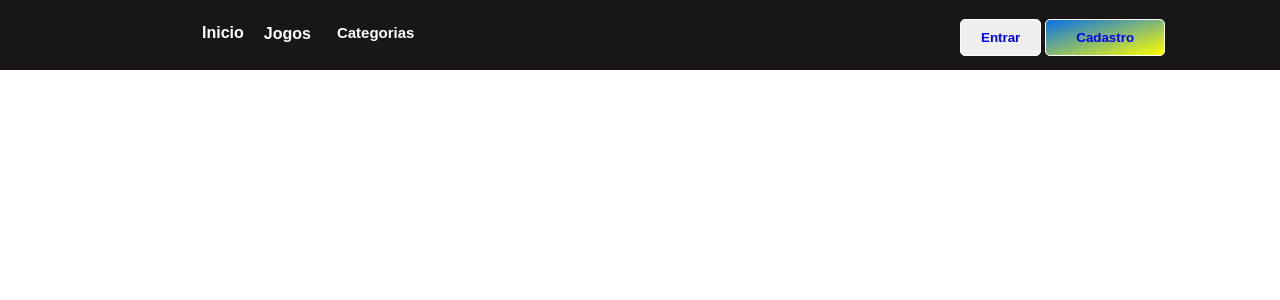
Repository: MarcoantonioCaldeira/Projeto-Go-Gamming
Page: /
An editor plug-in stored every save of this project. The page is shown before and after the next save, followed by the edit.
The browser window is 1280 px wide. The pictures show the whole page.
The project was rebuilt for these pictures with package versions that can differ from the ones it lists, and the page was loaded fresh each time. Also part of the build but not shown: src/pages/Inicio/estilo.css, src/pages/rodape/rodape.js, src/pages/Inicio/Inicio.js, src/pages/Jogos/Jogos.js, src/pages/Categorias/Acao.js, src/pages/Categorias/Aventura.js, src/pages/Categorias/Arcades.js, src/pages/Categorias/Familia.js and 7 more.

Above is the page before, as saved 2023-02-05 14:57:20.

After the next save:
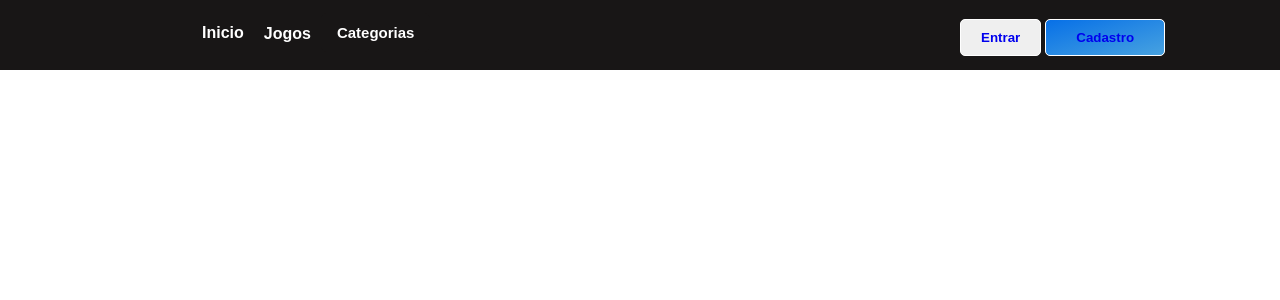
Saved 36 s later.
--- a/src/pages/Menu/estilo.css
+++ b/src/pages/Menu/estilo.css
@@ -111,7 +111,7 @@
     margin-left: 4px;
     color: white;
     border-radius: 5px;
-    background-image:  linear-gradient(to bottom right, #0770E7, yellow);
+    background-image:  linear-gradient(to bottom right, #0770E7, #47A2E0);
     font-family: 'Montserrat', sans-serif;
     border: 1px solid;
     border-color: none;
